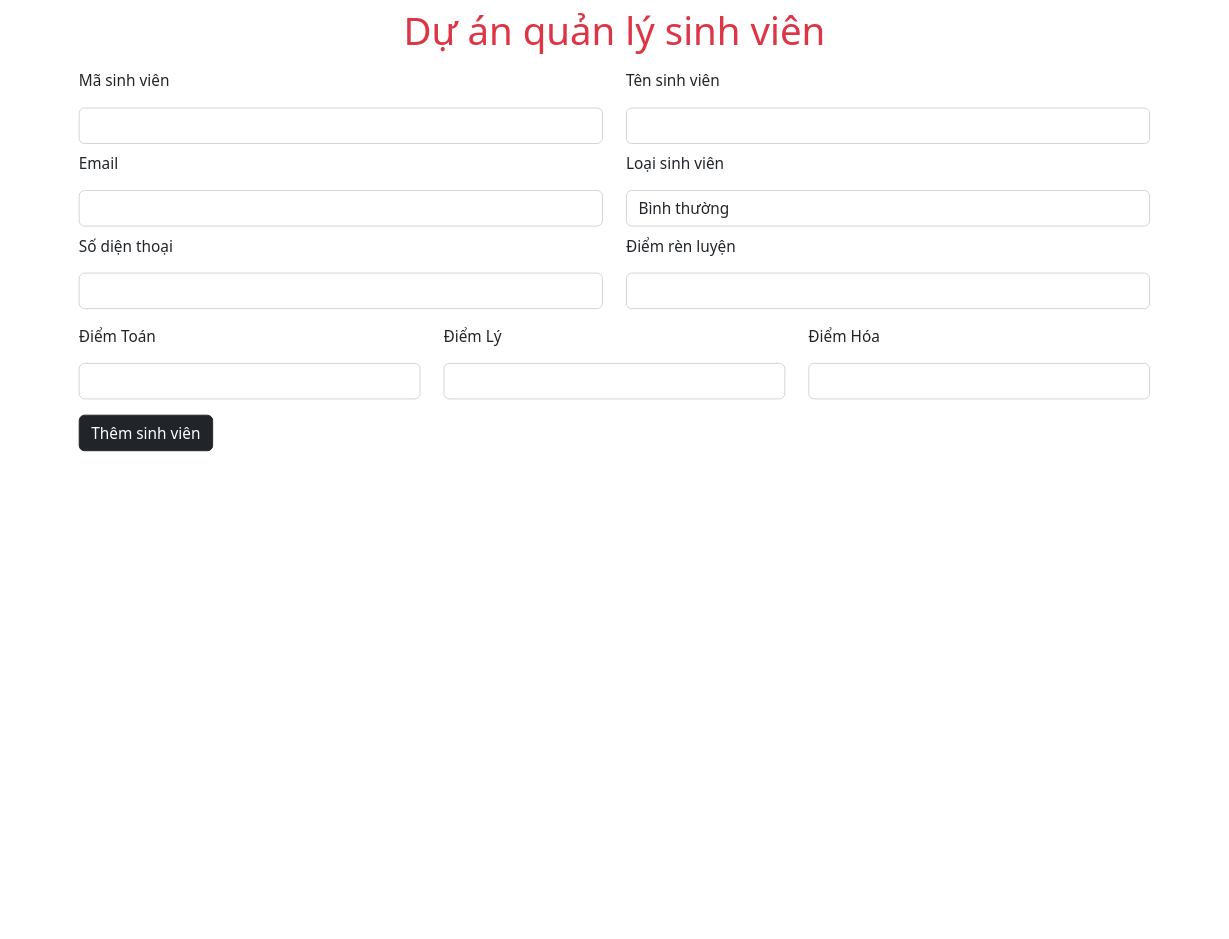
Repository: hcozyph/Cybersoft_JS_OOP
Page: index.html
These files come from the project's save history. The page is drawn as it stood at one moment and after the next save; the edit follows.
The browser window is 1280 px wide. The pictures show the whole page, at 96% of full size.

Above is the page before, as saved 2023-02-26 09:29:14.

After the next save:
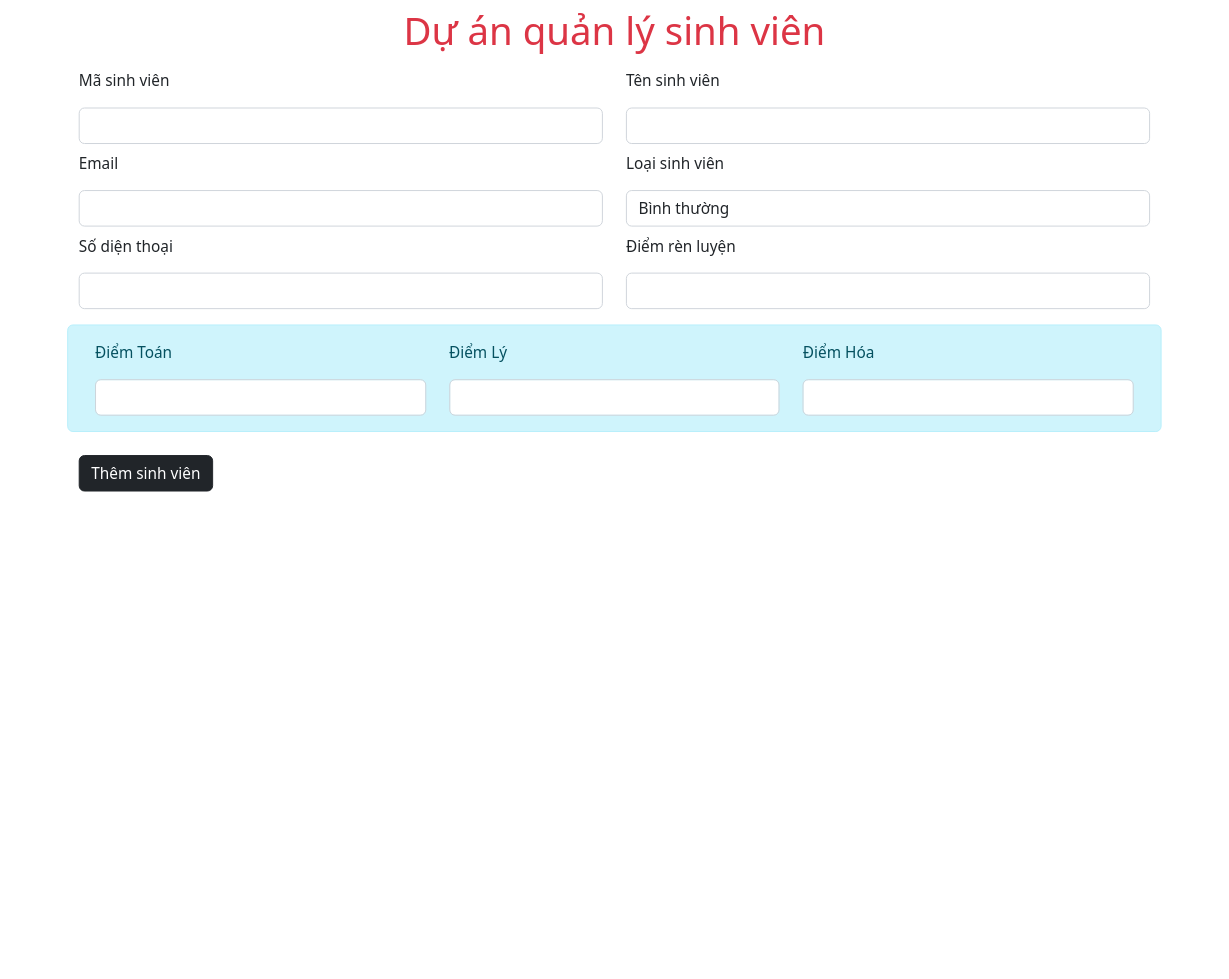
Saved 12 s later.
--- a/index.html
+++ b/index.html
@@ -69,7 +69,7 @@
                     </div>
                 </div>
 
-                <div class="row mt-2">
+                <div class="alert alert-info row mt-2">
                     <div class="col-md-4">
                         <p>Điểm Toán</p>
                         <input type="number" id="diemToan" class="form-control" >
